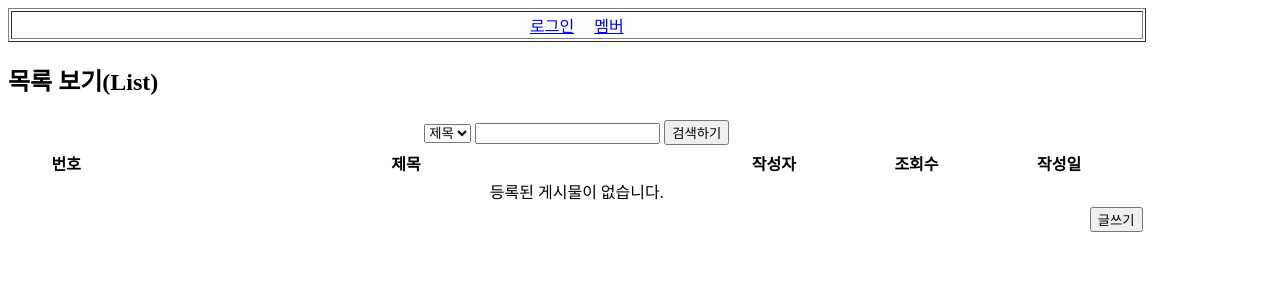
Repository: jungwoonAn/jsp_basic
Page: http://localhost/MustHaveJSP/08_Board/List.jsp
The author's editor kept a copy of each file at every save. The page is drawn from the files as they stood at one save, then again after the next save.
The browser window is 1280 px wide. The pictures show the whole page.
The page is served by Tomcat 10. Other server files are loaded and not shown. Queries for data that is not in the repository find no rows.

Above is the page before, as saved 2024-10-22 02:07:46.

### MustHaveJSP/src/main/webapp/08_Board/List.jsp
<%@page import="model1.board.BoardVO"%>
<%@page import="java.util.List"%>
<%@page import="java.util.HashMap"%>
<%@page import="java.util.Map"%>
<%@page import="model1.board.BoardDAO"%>
<%@ page language="java" contentType="text/html; charset=UTF-8"
    pageEncoding="UTF-8"%>
<%
// DAO 생성하여 DB 연결
BoardDAO bDao = new BoardDAO(application);

// 사용자가 입력한 검색 조건을 Map에 저장
Map<String, Object> param = new HashMap<String, Object>();
String searchField = request.getParameter("searchField");
String searchWord = request.getParameter("searchWord");
if(searchWord != null){
	param.put("searchField", searchField);
	param.put("searchWord", searchWord);
}

int totalCount = bDao.selectCount(param);  // 게시물 수 확인
List<BoardVO> boardList = bDao.selectList(param);  // 게시물 목록 받기
bDao.close();  // DB 연결 닫기
%>
<!DOCTYPE html>
<html>
<head>
<meta charset="UTF-8">
<title>회원제 게시판</title>
</head>
<body>
	<jsp:include page="../Common/Link.jsp" />

	<h2>목록 보기(List)</h2>
	<!-- 검색 폼 -->
	<form action="" method="get">
		<table board="1" width="90%">
			<tr>
				<td style="text-align:center;">
					<select name="searchField">
						<option value="title">제목</option>
						<option value="content">내용</option>
					</select>
					<input type="text" name="searchWord">
					<button type="submit">검색하기</button>
				</td>
			</tr>
		</table>
	</form>
	<!-- 게시물 목록 테이블 -->
	<table board="1" width="90%">
		<thead>
			<tr>
				<th width="10%">번호</th>
				<th width="50%">제목</th>
				<th width="15%">작성자</th>
				<th width="10%">조회수</th>
				<th width="15%">작성일</th>
			</tr>
		</thead>
	<%
	if(boardList.isEmpty()){
		// 게시물이 없을 때
	%>
		<tbody>
			<tr>
				<td colspan="5" style="text-align:center;">등록된 게시물이 없습니다.</td>
			</tr>
		</tbody>
	<%
	}else {
		// 게시물이 있을 때
		int virtualNum = 0;  // 화면상 게시물 번호
		for(BoardVO bVo : boardList){
			virtualNum = totalCount--;  // 전체 게시물 수에서 시작해 1씩 감소
		%>
			<tbody>
				<tr style="text-align:center;">
					<td><%= virtualNum %></td>
					<td><%= bVo.getTitle() %></td>
					<td><%= bVo.getId() %></td>
					<td><%= bVo.getVisitcount() %></td>
					<td><%= bVo.getPostdate() %></td>
				</tr>
			</tbody>

		<%
		}
	}
	%>
		<!-- 목록 하단의 글쓰기 버튼 -->
		<tfoot>
			<tr>
				<td colspan="5" style="text-align:right;">
					<button type="button" onclick="location.href='Write.jsp';">글쓰기</button>
				</td>
			</tr>
		</tfoot>
	</table>

</body>
</html>

### MustHaveJSP/src/main/webapp/Common/Link.jsp
<%@ page language="java" contentType="text/html; charset=UTF-8"
    pageEncoding="UTF-8"%>
<table border="1" style="width:90%;">
	<tr>
		<td style="text-align:center;">
		<!-- 로그인 여부에 따른 메뉴 변화 -->
		<% if(session.getAttribute("UserId")==null) {
		%>
			<a href="../06_Session/LoginForm.jsp">로그인</a>
		<%
		}else {
		%>
			<a href="../06_Session/Logout.jsp">로그아웃</a>
		<%
		}
		%>
			<!-- 게시판 링크 -->
			&nbsp;&nbsp;&nbsp;
			<a href="../06_Session/List.jsp">멤버</a>

			<!--
			&nbsp;&nbsp;&nbsp;
			<a href="../08_Board/List.jsp">게시판(페이징X)</a>
			&nbsp;&nbsp;&nbsp;
			<a href="../09_PagingBoard/List.jsp">게시판(페이징O)</a>
			 -->
		</td>
	</tr>

</table>

### MustHaveJSP/src/main/java/common/JDBConnect.java
package common;

import java.sql.Connection;
import java.sql.DriverManager;
import java.sql.PreparedStatement;
import java.sql.ResultSet;
import java.sql.Statement;

import jakarta.servlet.ServletContext;

public class JDBConnect {
	public Connection conn;
	public Statement stmt;
	public PreparedStatement pstmt;
	public ResultSet rs;

	// 기본 생성자
	public JDBConnect() {
		try {
			// JDBC 드라이버 로드
			Class.forName("oracle.jdbc.OracleDriver");

			// DB 연결
			String url = "jdbc:oracle:thin:@localhost:1521:xe";
			String id = "musthave";
			String pwd = "1234";
			conn = DriverManager.getConnection(url, id, pwd);

			System.out.println("DB 연결 성공(기본 생성자)");
		}catch (Exception e) {
			e.printStackTrace();
		}
	}

	// 두번째 생성자
	public JDBConnect(String driver, String url, String id, String pwd) {
		try {
			// JDBC 드라이버 로드
			Class.forName(driver);

			// DB 연결
			conn = DriverManager.getConnection(url, id, pwd);

			System.out.println("DB 연결 성공(인수 생성자 1)");
		}catch (Exception e) {
			e.printStackTrace();
		}
	}

	// 세번째 생성자
	public JDBConnect(ServletContext application) {
		try {
			// JDBC 드라이버 로드
			String driver = application.getInitParameter("OracleDriver");
			Class.forName(driver);

			// DB 연결
			String url = application.getInitParameter("OracleURL");
			String id = application.getInitParameter("OracleId");
			String pwd = application.getInitParameter("OraclePwd");
			conn = DriverManager.getConnection(url, id, pwd);

			System.out.println("DB 연결 성공(인수 생성자 2)");
		}catch (Exception e) {
			e.printStackTrace();
		}
	}

	// 연결 해제(자원 반납)
	public void close() {
		try {
			if(rs != null) rs.close();
			if(stmt != null) stmt.close();
			if(pstmt != null) pstmt.close();
			if(conn != null) conn.close();

			System.out.println("JDBC 자원 해제");
		}catch(Exception e) {
			e.printStackTrace();
		}
	}

}

### MustHaveJSP/src/main/java/model1/board/BoardDAO.java
package model1.board;

import java.util.ArrayList;
import java.util.List;
import java.util.Map;

import common.JDBConnect;
import jakarta.servlet.ServletContext;

public class BoardDAO extends JDBConnect {

	// 1.DB 연결
	public BoardDAO(ServletContext application) {
		super(application);
	}

	// 2.게시물 개수 세기
	public int selectCount(Map<String, Object> map) {
		int totalCount = 0;  // 결과(게시물 수)를 담을 변수

		// 모든 게시물 수를 얻어오는 쿼리
		String sql = "select count(*) from board";

		// 검색 조회 : select count(*) from board where title like '%홍길동%';
		if(map.get("searchWord") != null) {
			sql += " where " + map.get("searchField") + " "
					+ " like '%" + map.get("searchWord") + "%'";
		}

		try {
			stmt = conn.createStatement();  //쿼리문 생성
			rs = stmt.executeQuery(sql);  // 쿼리 실행
			rs.next();  // 커서를 첫번째 생으로 이동
			totalCount = rs.getInt(1);  // 첫번째 컬럼 값을 가져옴
		}catch(Exception e) {
			System.out.println("게시물 수를 구하는 중 예외 발생");
			e.printStackTrace();
		}

		return totalCount;
	}

	// 3.게시물 목록 가져오기
	public List<BoardVO> selectList(Map<String, Object> map){
		List<BoardVO> list = new ArrayList<BoardVO>();  // 결과(게시물 목록)를 담을 변수

		// 모든 게시물 조회
		String sql = "select * from board";

		// 검색 조회 : select * from board where title like '%홍길동%';
		if(map.get("searchWord") != null) {
			sql += " where " + map.get("searchField") + " "
					+ " like '%" + map.get("searchWord") + "%'";
		}
		sql += " order by num desc";

		try {
			stmt = conn.createStatement();
			rs = stmt.executeQuery(sql);

			while(rs.next()) {
				// 한 행(게시물 하나)의 내용을 VO에 저장
				BoardVO bVo = new BoardVO();

				bVo.setNum(rs.getString("num"));
				bVo.setTitle(rs.getString("title"));
				bVo.setContent(rs.getString("content"));
				bVo.setPostdate(rs.getDate("postdate"));
				bVo.setId(rs.getString("id"));
				bVo.setVisitcount(rs.getString("visitcount"));

				list.add(bVo);
			}
		}catch(Exception e) {
			System.out.println("게시물 조회 중 예외 발생");
			e.printStackTrace();
		}

		return list;
	}

}

After the next save:
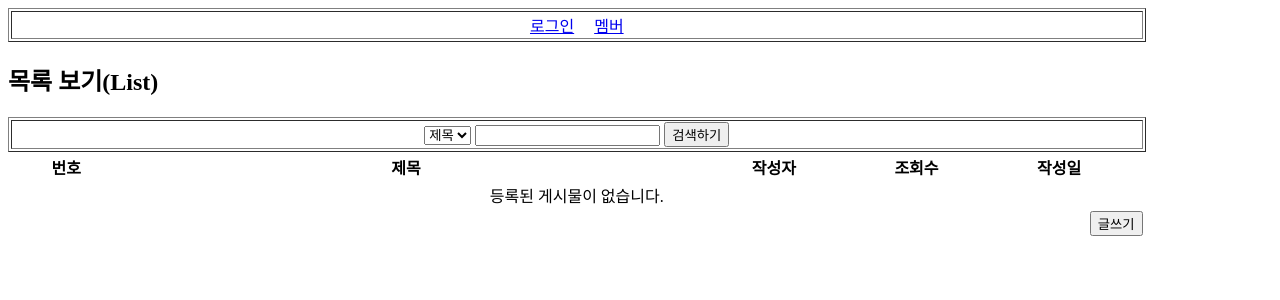
Saved 27 s later.
--- a/MustHaveJSP/src/main/webapp/08_Board/List.jsp
+++ b/MustHaveJSP/src/main/webapp/08_Board/List.jsp
@@ -34,7 +34,7 @@ bDao.close();  // DB 연결 닫기
 	<h2>목록 보기(List)</h2>
 	<!-- 검색 폼 -->
 	<form action="" method="get">
-		<table board="1" width="90%">
+		<table border="1" width="90%">
 			<tr>
 				<td style="text-align:center;">
 					<select name="searchField">
